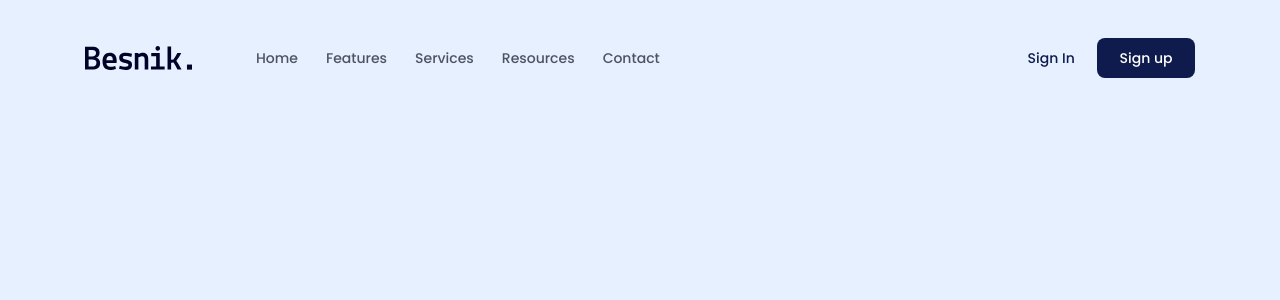
Repository: jessicapaa/F8-Project-01
Page: index.html
These files come from the project's save history. The page is drawn as it stood at one moment and after the next save; the edit follows.
The browser window is 1280 px wide. The pictures show the whole page.
The pointer rests on the first visible `.btn`.

Above is the page before, as saved 2024-03-08 07:00:22.

After the next save:
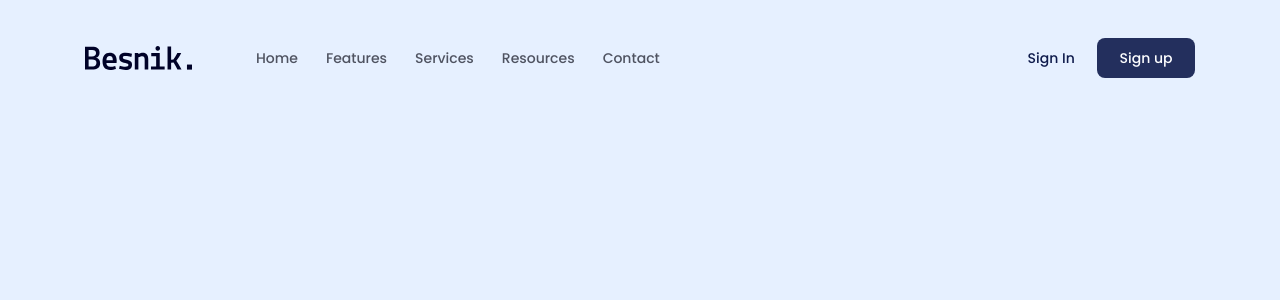
Saved 14 s later.
--- a/assets/css/styles.css
+++ b/assets/css/styles.css
@@ -31,6 +31,9 @@ a {
     text-align: center;
     color: #fff;
     padding: 18px 16px;
+}
+.btn:hover {
+    opacity: 0.9;
 }
 
 /* css header */
